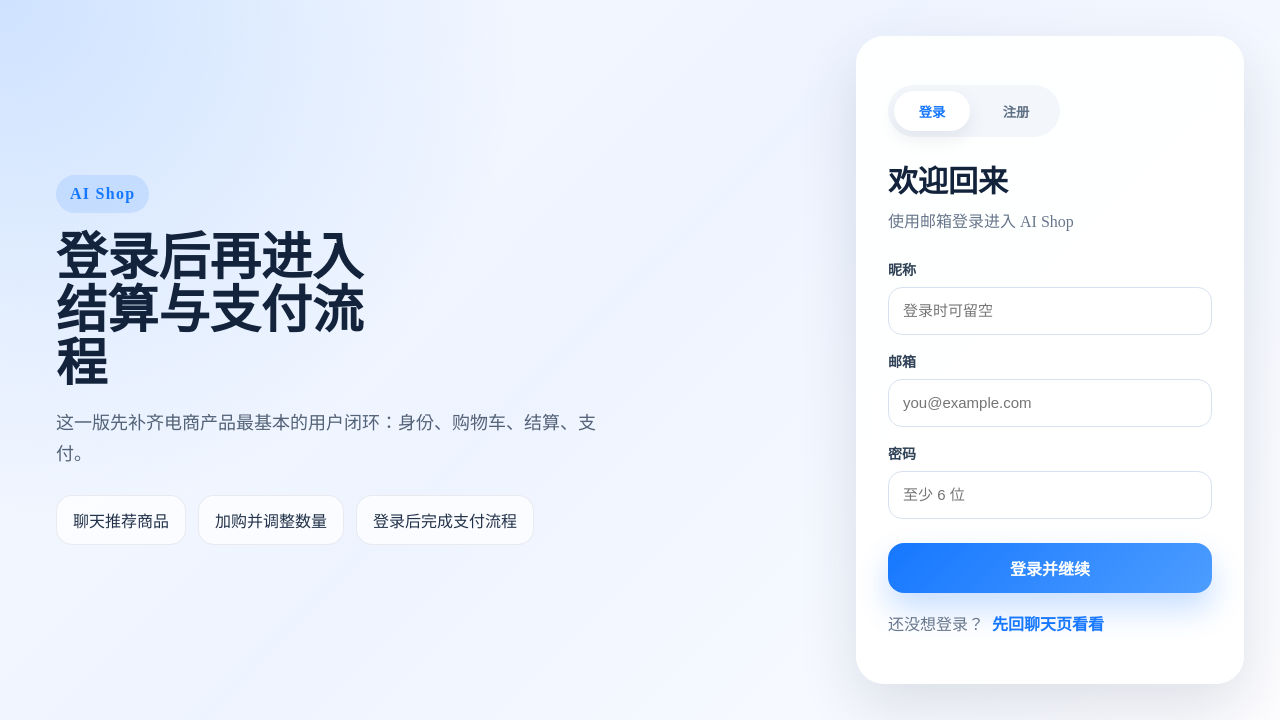
Repository: sjdndndks/ai-shop-webDemo
Page: /login (app in ai-shop-assistant/)
The author's editor kept a copy of each file at every save. The page is drawn from the files as they stood at one save, then again after the next save.
The browser window is 1280 px wide. The pictures show the whole page.
The page's requests for data from a server got no answer. The project was rebuilt for these pictures with package versions that can differ from the ones it lists, and the page was loaded fresh each time. No one was signed in, and anything a server would have sent is missing. Also part of the build but not shown: ai-shop-assistant/vite.config.ts, ai-shop-assistant/src/layout/Layout.module.css, ai-shop-assistant/src/components/Sidebar.module.css, ai-shop-assistant/src/components/Sidebar.tsx, ai-shop-assistant/src/layout/Layout.tsx, ai-shop-assistant/src/components/RequireAuth.tsx, ai-shop-assistant/src/store/cartStore.ts, ai-shop-assistant/src/components/ProductCard.tsx and 13 more.

Above is the page before, as saved 2026-03-29 14:07:31.

### ai-shop-assistant/index.html
<!doctype html>
<html lang="en">
  <head>
    <meta charset="UTF-8" />
    <link rel="icon" type="image/svg+xml" href="/favicon.svg" />
    <meta name="viewport" content="width=device-width, initial-scale=1.0" />
    <title>ai-shop-assistant</title>
  </head>
  <body>
    <div id="root"></div>
    <script type="module" src="/src/main.tsx"></script>
  </body>
</html>

### ai-shop-assistant/src/App.tsx
import { BrowserRouter, Routes, Route } from "react-router-dom";
import Layout from "./layout/Layout";
import { RequireAuth } from "./components/RequireAuth";
import { ChatPage } from "./pages/ChatPage";
import { CartPage } from "./pages/CartPage";
import { CheckoutPage } from "./pages/CheckoutPage";
import { LoginPage } from "./pages/LoginPage";
import { SettingsPage } from "./pages/SettingsPage";

function App() {
  return (
    <BrowserRouter>
      <Routes>
        <Route path="/login" element={<LoginPage />} />

        {/* 总体布局 */}
        <Route element={<Layout />}>
          <Route path="/" element={<ChatPage />} />
          <Route path="/cart" element={<CartPage />} />
          <Route path="/settings" element={<SettingsPage />} />

          {/* 门卫RequireAuth 检查用户是否登录  如果未登录 则跳转到登录页 */}
          <Route element={<RequireAuth />}>
            <Route path="/checkout" element={<CheckoutPage />} />
          </Route>
        </Route>
      </Routes>
    </BrowserRouter>
  );
}

export default App;

### ai-shop-assistant/src/pages/LoginPage.tsx
/*
 * 登录页
 * 一个页面组件，收集用户输入，调用authStore里的登录注册方法，然后根据结果跳转
 */
import { useMemo, useState } from "react";
import type { SubmitEvent } from "react";
import { Link, Navigate, useLocation, useNavigate } from "react-router-dom";
import { useAuthStore } from "../store/authStore";
import styles from "./LoginPage.module.css";

// 别的页面带来的state
type LocationState = {
  // 用户本来想去的页面
  from?: string;
};

export function LoginPage() {
  // 从全局状态仓库里获取用户信息 登录方法 注册方法
  const user = useAuthStore((state) => state.user);
  const login = useAuthStore((state) => state.login);
  const register = useAuthStore((state) => state.register);

  // 拿跳转工具和地址信息
  const navigate = useNavigate();
  const location = useLocation();
  const locationState = location.state as LocationState | null;

  // 登录后去哪？
  const redirectTo = useMemo(
    // 有from去from 没有就回首页
    () => locationState?.from || "/",
    // from变化时 重新计算去哪
    [locationState?.from],
  );

  // 页面本地状态
  // 输入框内容
  const [name, setName] = useState("");
  const [email, setEmail] = useState("");
  const [password, setPassword] = useState("");
  //  登录or注册模式  泛型，只能是两种模式之一
  const [mode, setMode] = useState<"login" | "register">("login");
  // 提交状态
  const [submitting, setSubmitting] = useState(false);
  // 错误提示文案
  const [error, setError] = useState("");

  // 如果已经登录 直接重定向
  if (user) {
    return <Navigate to={redirectTo} replace />;
  }

  // 提交表单  登录和注册函数是异步
  const handleSubmit = async (event: SubmitEvent<HTMLFormElement>) => {
    event.preventDefault();

    // 输入清洗
    const trimmedEmail = email.trim().toLowerCase();
    const trimmedPassword = password.trim();

    if (!trimmedEmail.includes("@")) {
      //输入的邮箱地址没有@符号
      setError("请输入有效邮箱地址。");
      return;
    }

    if (trimmedPassword.length < 6) {
      //输入的密码长度不足6位
      setError("密码至少需要 6 位。");
      return;
    }

    if (mode === "register" && !name.trim()) {
      //注册时没输入昵称
      setError("注册时请填写昵称。");
      return;
    }

    // 输入数据没问题，尝试发起登录或注册
    try {
      // 状态更新  提交状态为true  错误提示文案清空
      setSubmitting(true);
      setError("");

      if (mode === "login") {
        await login({
          email: trimmedEmail,
          password: trimmedPassword,
        });
      } else {
        await register({
          email: trimmedEmail,
          password: trimmedPassword,
          name: name.trim(),
        });
      }
      navigate(redirectTo, { replace: true });
    } catch (authError) {
      setError(authError instanceof Error ? authError.message : "认证失败");
    } finally {
      setSubmitting(false);
    }
  };

  return (
    <main className={styles.page}>
      {/* 左边：hero介绍文案 */}
      <section className={styles.hero}>
        <div className={styles.heroBadge}>AI Shop</div>
        <h1 className={styles.heroTitle}>登录后再进入结算与支付流程</h1>
        <p className={styles.heroText}>
          这一版先补齐电商产品最基本的用户闭环：身份、购物车、结算、支付。
        </p>
        <ul className={styles.featureList}>
          <li>聊天推荐商品</li>
          <li>加购并调整数量</li>
          <li>登录后完成支付流程</li>
        </ul>
      </section>

      <section className={styles.card}>
        <div className={styles.cardHeader}>
          <div className={styles.modeSwitch}>
            <button
              type="button"
              className={`${styles.modeBtn} ${mode === "login" ? styles.modeBtnActive : ""}`}
              onClick={() => setMode("login")}
            >
              登录
            </button>
            <button
              type="button"
              className={`${styles.modeBtn} ${mode === "register" ? styles.modeBtnActive : ""}`}
              onClick={() => setMode("register")}
            >
              注册
            </button>
          </div>
          <h2 className={styles.cardTitle}>
            {mode === "login" ? "欢迎回来" : "创建你的账户"}
          </h2>
          <p className={styles.cardSubtitle}>
            {mode === "login"
              ? "使用邮箱登录进入 AI Shop"
              : "先注册一个账号，再进入结算与支付流程"}
          </p>
        </div>

        <form className={styles.form} onSubmit={handleSubmit}>
          <label className={styles.field}>
            <span className={styles.label}>昵称</span>
            <input
              value={name}
              onChange={(event) => setName(event.target.value)}
              className={styles.input}
              placeholder={mode === "login" ? "登录时可留空" : "注册时必填"}
            />
          </label>

          <label className={styles.field}>
            <span className={styles.label}>邮箱</span>
            <input
              type="email"
              value={email}
              onChange={(event) => setEmail(event.target.value)}
              className={styles.input}
              placeholder="you@example.com"
              required
            />
          </label>

          <label className={styles.field}>
            <span className={styles.label}>密码</span>
            <input
              type="password"
              value={password}
              onChange={(event) => setPassword(event.target.value)}
              className={styles.input}
              placeholder="至少 6 位"
              required
            />
          </label>

          {error && <div className={styles.error}>{error}</div>}

          <button
            type="submit"
            className={styles.primaryBtn}
            disabled={submitting}
          >
            {submitting
              ? mode === "login"
                ? "登录中..."
                : "注册中..."
              : mode === "login"
                ? "登录并继续"
                : "注册并继续"}
          </button>
        </form>

        <div className={styles.meta}>
          <span>还没想登录？</span>
          <Link to="/" className={styles.link}>
            先回聊天页看看
          </Link>
        </div>
      </section>
    </main>
  );
}

### ai-shop-assistant/src/store/authStore.ts
/*
 * 用户认证仓库
 * 先定义仓库的结构
 * 再写一个认证请求函数，用于发送认证请求到后端
 * 再创建一个全局登录仓库，保存user和token
 * 和登录、注册、更新用户信息、登出等方法
*/

import { create } from "zustand";
import { persist } from "zustand/middleware";
import type { AuthUser } from "../types";

// 同时兼容线上部署和本地开发
const API_BASE_URL = import.meta.env.VITE_API_BASE_URL ?? "http://localhost:3000";

//后端登录/注册成功后返回的响应体
interface AuthResponse {
  user: AuthUser;
  // 登录凭证
  token: string;
}

// 前端登录/注册请求体
interface AuthPayload {
  email: string;
  password: string;
  name?: string;
}

// 仓库结构说明书
interface AuthStore {
  user: AuthUser | null;
  token: string | null;
  login: (payload: AuthPayload) => Promise<void>;
  register: (payload: AuthPayload) => Promise<void>;
  setUser: (user: AuthUser | null) => void;
  logout: () => void;
}

// 发送认证请求到后端 如果成功将返回响应体AuthResponse
async function requestAuth(
  path: "/api/auth/login" | "/api/auth/register",
  payload: AuthPayload,
) {
  let response: Response;
  // 尝试发送请求
  try {
    response = await fetch(`${API_BASE_URL}${path}`, {
      method: "POST",
      headers: {
        "Content-Type": "application/json",
      },
      body: JSON.stringify(payload),
    });
  } catch (error) {
    // 请求失败
    throw new Error(
      `无法连接到后端服务，请确认 ai-shop-server 已启动在 ${API_BASE_URL}`,
    );
  }

  const rawText = await response.text();
  let data: (Partial<AuthResponse> & { error?: string }) | null = null;
  // 尝试解析响应体
  if (rawText.trim()) {
    try {
      data = JSON.parse(rawText) as Partial<AuthResponse> & { error?: string };
    } catch {
      throw new Error(
        `后端返回了非 JSON 响应，请确认 ai-shop-server 已重启并监听 ${API_BASE_URL}`,
      );
    }
  }

  // 如果响应不成功（状态码不是2开头
  if (!response.ok) {
    throw new Error(data?.error || "认证请求失败");
  }
  // 检查响应的结构是否完整
  if (!data?.user || !data.token) {
    throw new Error("认证响应缺少用户信息");
  }

  // 收口类型为AuthResponse
  return data as AuthResponse;
}

//
export const useAuthStore = create<AuthStore>()(
  persist(
    (set) => ({
      user: null,
      token: null,

      // 登录 发送请求 更新AuthStore
      login: async (payload) => {
        const result = await requestAuth("/api/auth/login", payload);
        set({
          user: result.user,
          token: result.token,
        });
      },

      // 注册 发送请求 更新AuthStore
      register: async (payload) => {
        const result = await requestAuth("/api/auth/register", payload);
        set({
          user: result.user,
          token: result.token,
        });
      },

      // 单独更新user信息
      setUser: (user) => {
        set({ user });
      },

      // 登出
      logout: () => {
        set({
          user: null,
          token: null,
        });
      },
    }),
    {
      name: "ai-shop-auth",
      version: 3,
      partialize: (state) => ({
        user: state.user,
        token: state.token,
      }),
      migrate: (persistedState) => {
        const state = persistedState as {
          user?: AuthUser | null;
          token?: string | null;
        };

        // 没有user或者token 直接当成未登录
        if (!state?.user || !state?.token) {
          return {
            user: null,
            token: null,
          };
        }

        return {
          user: {
            ...state.user,
            avatarUrl: state.user.avatarUrl || "",
          },
          token: state.token,
        };
      },
    },
  ),
);

### ai-shop-assistant/src/pages/LoginPage.module.css
.page {
  min-height: 100vh;
  display: grid;
  grid-template-columns: minmax(320px, 1.1fr) minmax(360px, 460px);
  background:
    radial-gradient(circle at top left, rgba(22, 119, 255, 0.18), transparent 36%),
    linear-gradient(135deg, #f7faff 0%, #eef4ff 46%, #fdfdff 100%);
}

.hero {
  padding: 72px 56px;
  display: flex;
  flex-direction: column;
  justify-content: center;
  gap: 18px;
}

.heroBadge {
  width: fit-content;
  padding: 10px 14px;
  border-radius: 999px;
  background: rgba(22, 119, 255, 0.12);
  color: #1677ff;
  font-weight: 700;
  letter-spacing: 0.08em;
}

.heroTitle {
  font-size: clamp(38px, 4vw, 60px);
  line-height: 1.04;
  color: #13233c;
  max-width: 12ch;
}

.heroText {
  max-width: 34rem;
  color: #536277;
  font-size: 18px;
  line-height: 1.7;
}

.featureList {
  list-style: none;
  display: flex;
  flex-wrap: wrap;
  gap: 12px;
  margin-top: 8px;
}

.featureList li {
  padding: 12px 16px;
  border-radius: 16px;
  background: rgba(255, 255, 255, 0.7);
  border: 1px solid rgba(19, 35, 60, 0.08);
  color: #22324a;
}

.card {
  margin: 36px;
  padding: 36px 32px;
  border-radius: 28px;
  background: rgba(255, 255, 255, 0.92);
  box-shadow: 0 24px 60px rgba(19, 35, 60, 0.12);
  backdrop-filter: blur(12px);
  display: flex;
  flex-direction: column;
  justify-content: center;
}

.cardHeader {
  margin-bottom: 24px;
}

.modeSwitch {
  width: fit-content;
  display: flex;
  gap: 8px;
  padding: 6px;
  border-radius: 999px;
  background: #f3f6fb;
  margin-bottom: 20px;
}

.modeBtn {
  min-width: 76px;
  height: 40px;
  border: none;
  border-radius: 999px;
  background: transparent;
  color: #5e7084;
  font-weight: 700;
  cursor: pointer;
}

.modeBtnActive {
  background: #ffffff;
  color: #1677ff;
  box-shadow: 0 8px 20px rgba(19, 35, 60, 0.08);
}

.cardTitle {
  font-size: 30px;
  color: #13233c;
}

.cardSubtitle {
  margin-top: 8px;
  color: #68778c;
  line-height: 1.6;
}

.form {
  display: flex;
  flex-direction: column;
  gap: 16px;
}

.field {
  display: flex;
  flex-direction: column;
  gap: 8px;
}

.label {
  font-size: 14px;
  font-weight: 700;
  color: #304257;
}

.input {
  height: 48px;
  border-radius: 14px;
  border: 1px solid #d8e1ef;
  padding: 0 14px;
  font-size: 15px;
  outline: none;
  background: #fff;
}

.input:focus {
  border-color: #1677ff;
  box-shadow: 0 0 0 3px rgba(22, 119, 255, 0.12);
}

.error {
  padding: 10px 12px;
  border-radius: 12px;
  background: #fff1f0;
  color: #cf1322;
  font-size: 14px;
}

.primaryBtn {
  margin-top: 8px;
  height: 50px;
  border: none;
  border-radius: 16px;
  background: linear-gradient(135deg, #1677ff 0%, #4d9dff 100%);
  color: white;
  font-size: 16px;
  font-weight: 700;
  cursor: pointer;
  box-shadow: 0 16px 32px rgba(22, 119, 255, 0.24);
}

.primaryBtn:disabled {
  opacity: 0.72;
  cursor: wait;
}

.meta {
  margin-top: 18px;
  display: flex;
  gap: 8px;
  flex-wrap: wrap;
  color: #68778c;
}

.link {
  color: #1677ff;
  text-decoration: none;
  font-weight: 700;
}

@media (max-width: 960px) {
  .page {
    grid-template-columns: 1fr;
  }

  .hero {
    padding: 48px 24px 12px;
  }

  .card {
    margin: 24px;
  }
}

Loaded but not shown: ai-shop-assistant/src/main.tsx (common file); ai-shop-assistant/src/index.css (common file)

After the next save:
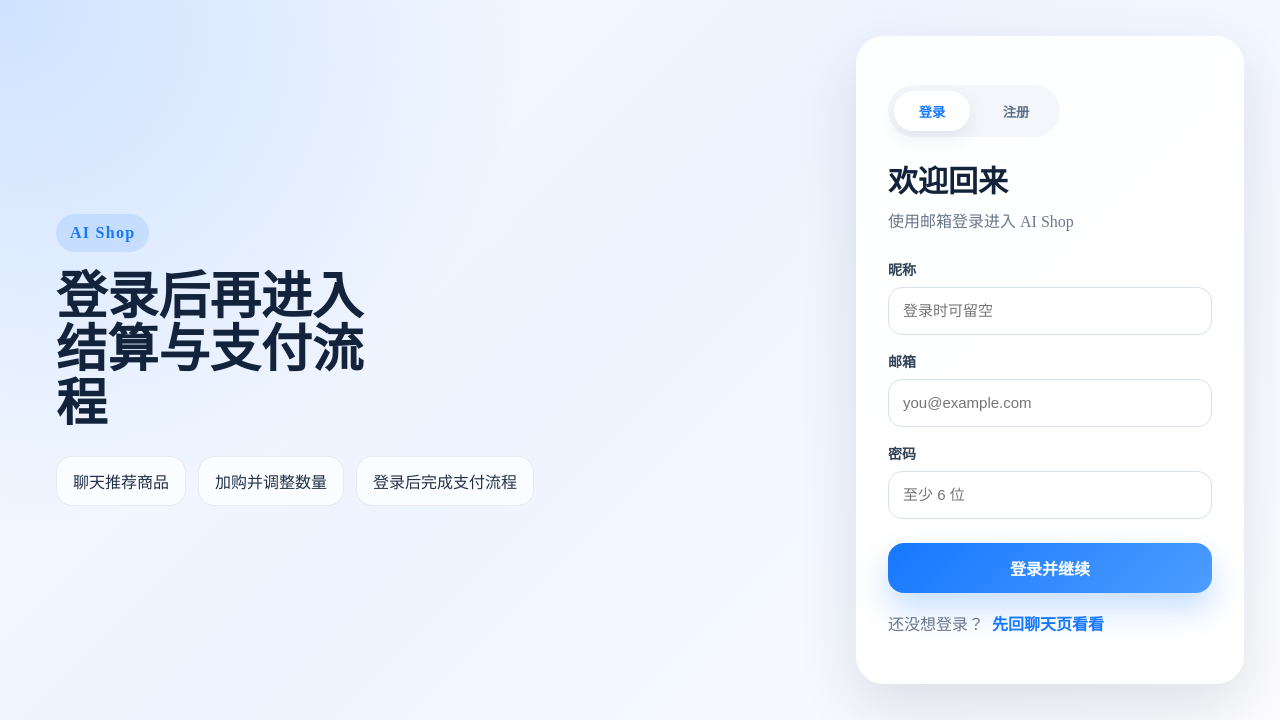
Saved 24 s later.
--- a/ai-shop-assistant/src/pages/LoginPage.tsx
+++ b/ai-shop-assistant/src/pages/LoginPage.tsx
@@ -108,9 +108,9 @@
       <section className={styles.hero}>
         <div className={styles.heroBadge}>AI Shop</div>
         <h1 className={styles.heroTitle}>登录后再进入结算与支付流程</h1>
-        <p className={styles.heroText}>
+        {/* <p className={styles.heroText}>
           这一版先补齐电商产品最基本的用户闭环：身份、购物车、结算、支付。
-        </p>
+        </p> */}
         <ul className={styles.featureList}>
           <li>聊天推荐商品</li>
           <li>加购并调整数量</li>

After the save that followed:
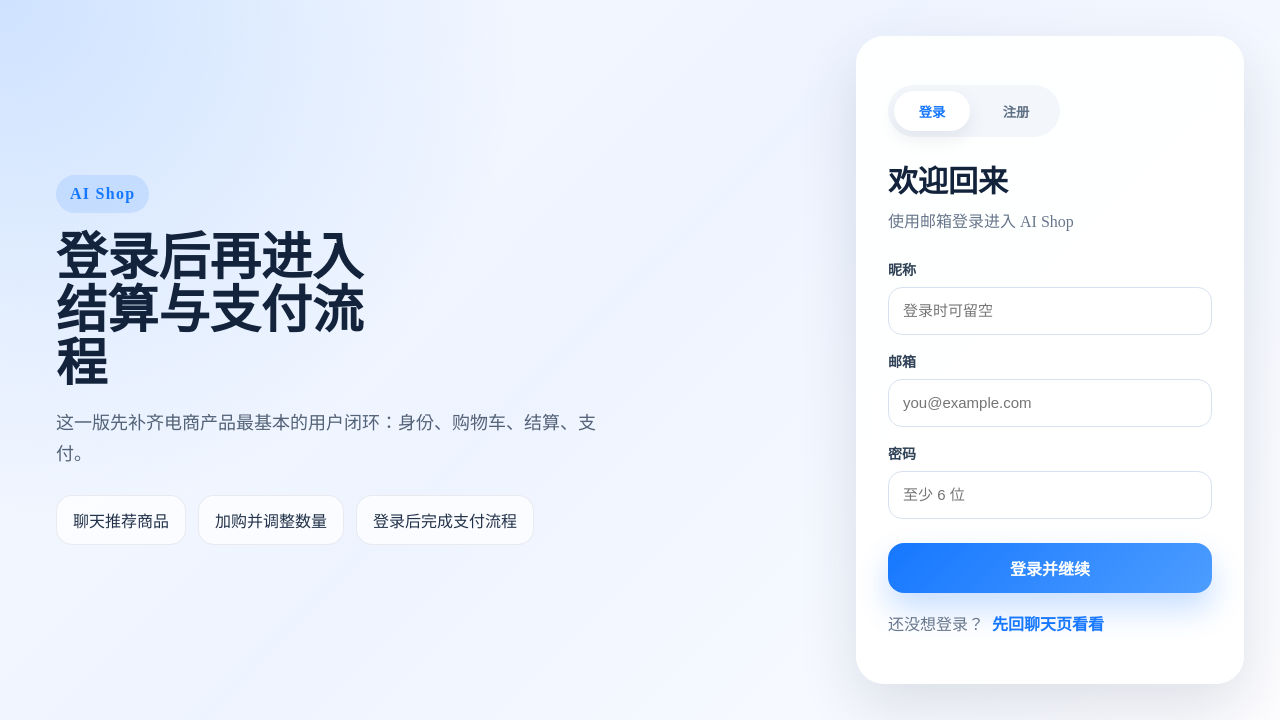
Saved 47 s later.
--- a/ai-shop-assistant/src/pages/LoginPage.tsx
+++ b/ai-shop-assistant/src/pages/LoginPage.tsx
@@ -108,9 +108,9 @@
       <section className={styles.hero}>
         <div className={styles.heroBadge}>AI Shop</div>
         <h1 className={styles.heroTitle}>登录后再进入结算与支付流程</h1>
-        {/* <p className={styles.heroText}>
+        <p className={styles.heroText}>
           这一版先补齐电商产品最基本的用户闭环：身份、购物车、结算、支付。
-        </p> */}
+        </p>
         <ul className={styles.featureList}>
           <li>聊天推荐商品</li>
           <li>加购并调整数量</li>
